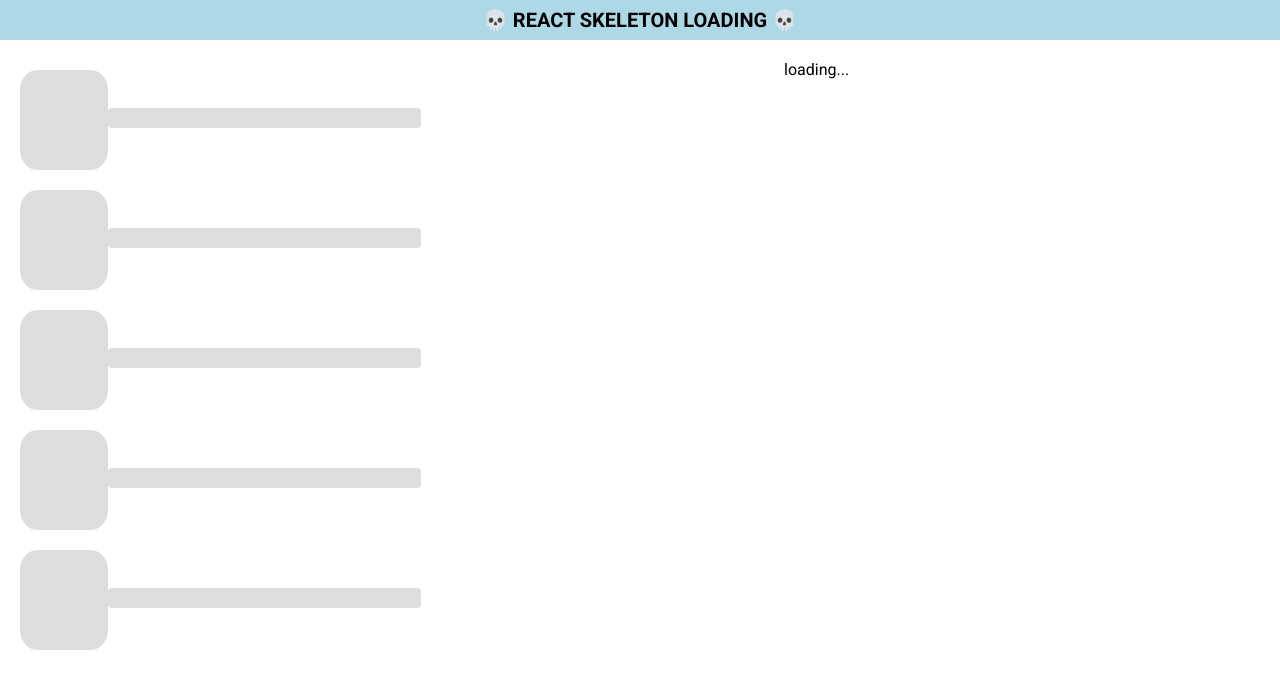
Repository: ethanJones21/React-Skeleton-Loading
Page: /
The author's editor kept a copy of each file at every save. The page is drawn from the files as they stood at one save, then again after the next save.
The browser window is 1280 px wide. The pictures show the whole page.
The page's requests for data from a server got no answer. The project was rebuilt for these pictures with package versions that can differ from the ones it lists, and the page was loaded fresh each time. No one was signed in, and anything a server would have sent is missing. Also part of the build but not shown: src/components/Post.css, src/components/Post.js.

Above is the page before, as saved 2020-11-26 03:19:22.

After the next save:
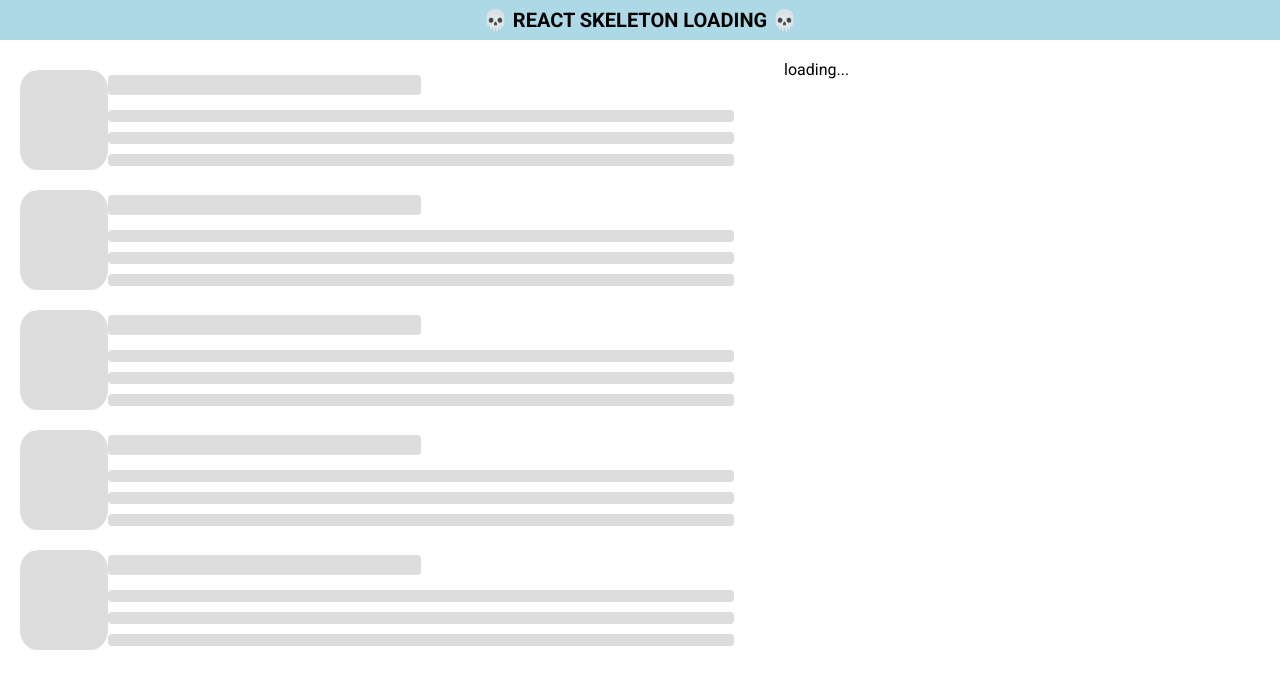
Saved 8 s later.
--- a/src/skeleton/PostSkeleton.js
+++ b/src/skeleton/PostSkeleton.js
@@ -8,9 +8,9 @@ const PostSkeleton = () => {
       <Skeleton type="avatar" />
       <div className="postSkeletonRight">
         <Skeleton type="title" />
-        {/* <Skeleton type="text" />
         <Skeleton type="text" />
-        <Skeleton type="text" /> */}
+        <Skeleton type="text" />
+        <Skeleton type="text" />
       </div>
     </div>
   );
